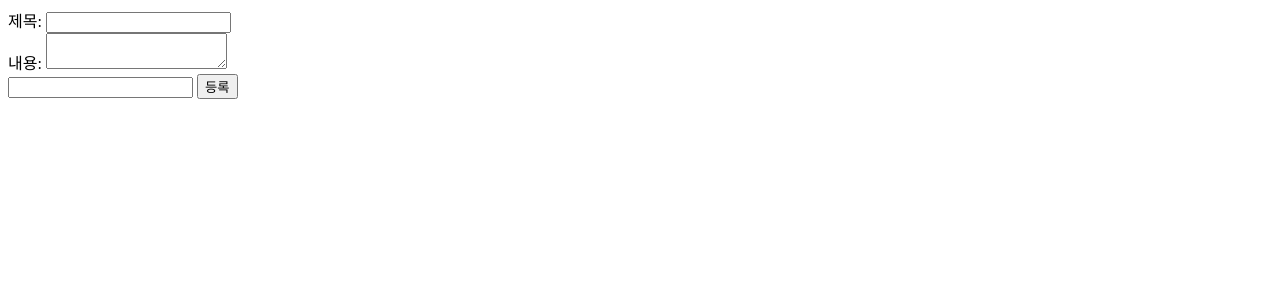
Repository: bluesky3268/Servlet_Jsp
Page: JSPPrj/WebContent/reg.html
The author's editor kept a copy of each file at every save. The page is drawn from the files as they stood at one save, then again after the next save.
The browser window is 1280 px wide. The pictures show the whole page.

Above is the page before, as saved 2021-02-17 10:49:05.

After the next save:
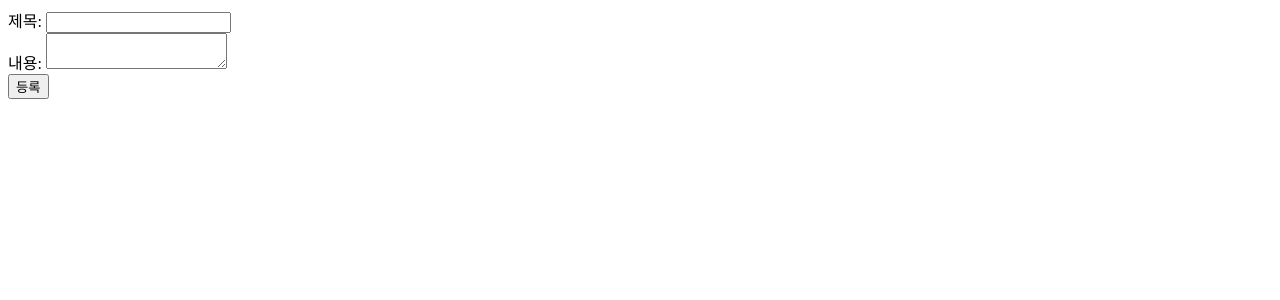
Saved 6 s later.
--- a/JSPPrj/WebContent/reg.html
+++ b/JSPPrj/WebContent/reg.html
@@ -14,7 +14,6 @@
 			<label>내용: </label><textarea name = "content"></textarea>
 		</div>
 		<div>
-			<input type = "text" name = "cnt" />
 			<input type = "submit" value = "등록" />
 		</div>
 	</form>
